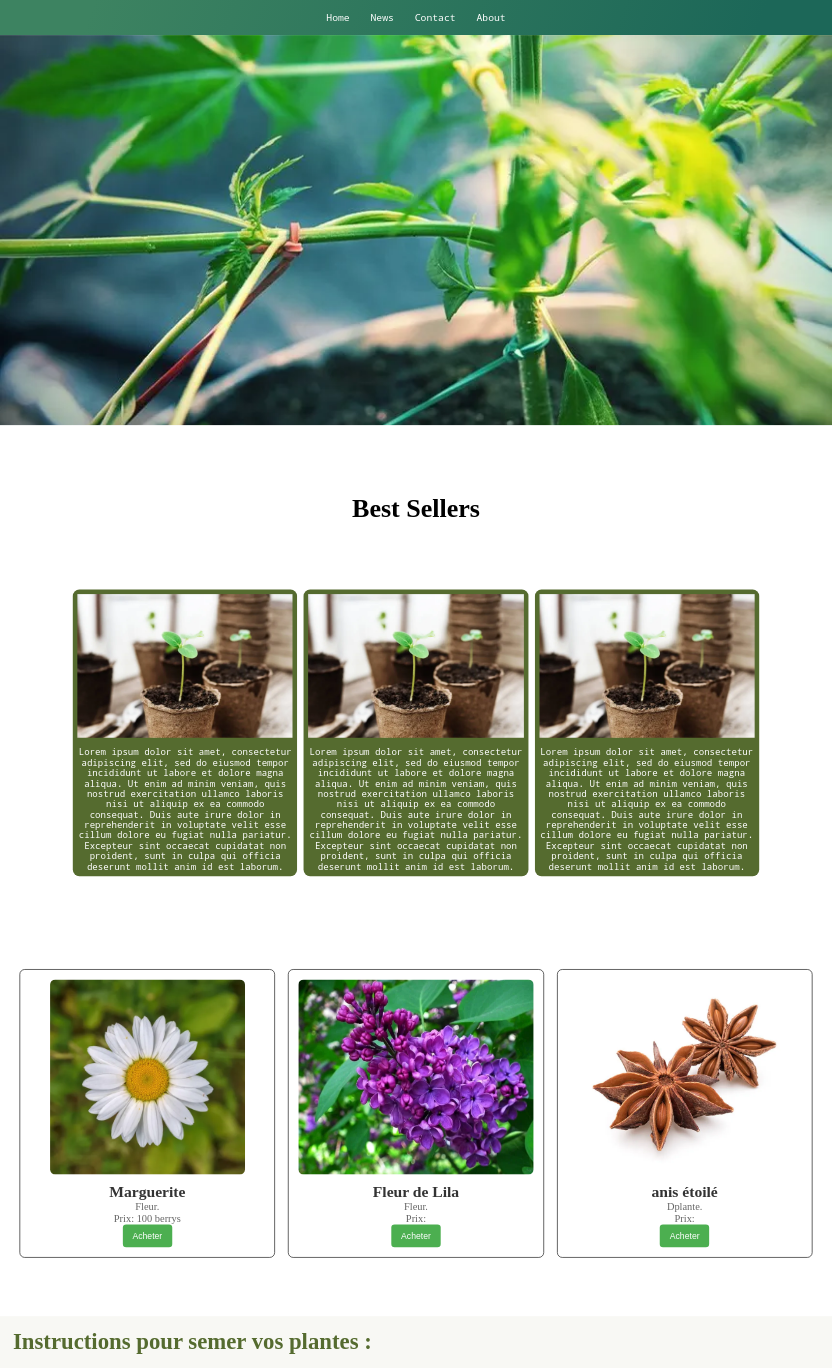
Repository: Flexo874/ISITECH-HTML-CSS
Page: index.html
An editor plug-in stored every save of this project. The page is shown before and after the next save, followed by the edit.
The browser window is 1280 px wide. The pictures show the whole page, at 65% of full size.

Above is the page before, as saved 2024-01-03 09:41:40.

### index.html
<!DOCTYPE html>
<html>
<head>
    <title>Plantes & Co</title>
     <link rel="stylesheet" type="text/css" href="./style.css">
     <link rel="stylesheet" type="text/css" href="./instructions.css">

</head>
<body>
    <ul>
        <li><a href="#home">Home</a></li>
        <li><a href="#news">News</a></li>
        <li><a href="#contact">Contact</a></li>
        <li><a href="#about">About</a></li>
    </ul>


    <div class="plant-img">
        <img src="images/Step-8-If-You-Want-You-Can-Train-Your-Cannabis-Plants-To-Increase-Yield.webp">
    </div>

    <h1 > Best Sellers</h1>



    <div class="container">

            <div class="item">
                <a>
                <img src="images/semis-prêt-à-être-planté-dans-le-jardin.webp" alt="Logo">
                <p>Lorem ipsum dolor sit amet, consectetur adipiscing elit, sed do eiusmod tempor incididunt ut labore et dolore magna aliqua. Ut enim ad minim veniam, quis nostrud exercitation ullamco laboris nisi ut aliquip ex ea commodo consequat. Duis aute irure dolor in reprehenderit in voluptate velit esse cillum dolore eu fugiat nulla pariatur. Excepteur sint occaecat cupidatat non proident, sunt in culpa qui officia deserunt mollit anim id est laborum.</p>
                </a>
            </div>
            <div class="item">
                <a>
                <img src="images/semis-prêt-à-être-planté-dans-le-jardin.webp" alt="Logo">
                <p>Lorem ipsum dolor sit amet, consectetur adipiscing elit, sed do eiusmod tempor incididunt ut labore et dolore magna aliqua. Ut enim ad minim veniam, quis nostrud exercitation ullamco laboris nisi ut aliquip ex ea commodo consequat. Duis aute irure dolor in reprehenderit in voluptate velit esse cillum dolore eu fugiat nulla pariatur. Excepteur sint occaecat cupidatat non proident, sunt in culpa qui officia deserunt mollit anim id est laborum.</p>
                </a>
            </div>
            <div class="item">
                <a>
                <img src="images/semis-prêt-à-être-planté-dans-le-jardin.webp" alt="Logo">
                <p>Lorem ipsum dolor sit amet, consectetur adipiscing elit, sed do eiusmod tempor incididunt ut labore et dolore magna aliqua. Ut enim ad minim veniam, quis nostrud exercitation ullamco laboris nisi ut aliquip ex ea commodo consequat. Duis aute irure dolor in reprehenderit in voluptate velit esse cillum dolore eu fugiat nulla pariatur. Excepteur sint occaecat cupidatat non proident, sunt in culpa qui officia deserunt mollit anim id est laborum.</p>
                </a>
            </div>
    </div>

    <section class="produits">
        <!-- Produit 1 -->
        <div class="produit">
            <img src="images/Leucanthemum_vulgare.webp" alt="Produit 1">
            <h3>Marguerite</h3>
            <p>Fleur.</p>
            <p>Prix: 100 berrys</p>
            <button>Acheter</button>
        </div>
        <div class="produit">
            <img src="images/1676375528_249_Belle-signification-et-symbolisme-de-la-couleur-de-la-fleur.webp" alt="Produit 1">
            <h3>Fleur de Lila</h3>
            <p>Fleur.</p>
            <p>Prix: </p>
            <button>Acheter</button>
        </div>
        <div class="produit">
            <img src="images/anis-étoilé-spice-de-fruits-et-de-graines-isolé-sur-fond-blanc.webp" alt="Produit 1">
            <h3>anis étoilé</h3>
            <p>Dplante.</p>
            <p>Prix: </p>
            <button>Acheter</button>
        </div>

    </section>


    <section class="instructions">
        <div class="titre">
            <h2>Instructions pour semer vos plantes :</h2>
        </div>
        <div class="description">
            <p></p>
        </div>
        <div class="categories">

        </div>

    </section>





</body>
</html>

### style.css
* {
  margin: 0;
  padding: 0;
}
ul {
  list-style-type: none;
  margin: 0;
  padding: 0;
  overflow: hidden;
  background-image: linear-gradient(
    109.6deg,
    rgba(61, 131, 97, 1) 11.2%,
    rgba(28, 103, 88, 1) 91.1%
  );
  display: flex;
  list-style: none;
  box-sizing: border-box;
  justify-content: center;
}

li {
  position: relative;
}

li a {
  display: block;
  color: white;
  text-align: center;
  padding: 18px 16px;
  text-decoration: none;
  font-size: 15px;
  transition: 0.4s ease-in-out;
  position: center;
  font-family: "Noto Mono", monospace;
}

li a:hover {
  background-color: #111;
  border-radius: 5px;
}

.plant-img img {
  width: 100%;
  height: 600px;
  object-fit: cover;
  overflow: hidden;
}

h1 {
  padding: 40px;
  padding-bottom: 0;
  margin-bottom: 0;
  margin-top: 60px;
  text-align: center;
  font-weight: bold;
  font-size: 40px;
}

.container {
  display: flex;
  grid-template-columns: repeat(3, 1fr);
  grid-auto-rows: minmax(300px, auto);
  gap: 10px;
  padding: 10px;
  margin-top: 0;
  margin: 8%;
  padding-top: 0;
}

.item {
  align-items: center;
  justify-content: center;
  border-radius: 10px;
  display: flex;
  justify-content: center;
  align-items: center;
  background-color: #556b2f;
}

.item a {
  margin: 7px;
}

.item a:hover {
  color: white;
}

.item img {
  max-width: 100%;
  height: auto;
}

.item p {
  margin-top: 10px;
  text-align: center;
  color: white;
  font-family: "Noto Mono", monospace;
  font-size: 14px;
}

.produits {
  display: flex;
  flex-wrap: wrap;
  justify-content: space-around;
  padding: 20px;
}

.produit {
  background-color: #fff;
  border: 1px solid #ddd;
  border-radius: 8px;
  border-color: #111;
  margin: 10px;
  padding: 15px;
  text-align: center;
  transition: transform 0.3s ease-in-out;
  width: calc(33.33% - 20px);
  box-sizing: border-box;


}

.produit:hover {
  transform: scale(1.05);
}

.produit img {
  max-width: 100%;
  height: 300px;
  border-radius: 8px;
}

.produit h3 {
  margin-top: 10px;
  font-size: 1.5em;
  color: #333;
}

.produit p {
  color: #666;
}

.produit button {
  background-color: #4caf50;
  color: #fff;
  padding: 10px 15px;
  border: none;
  border-radius: 5px;
  cursor: pointer;
}

.produit button:hover {
  background-color: #45a049;
}

### instructions.css
.instructions{
    display: flex;
    padding: 20px ;
    margin-top: 60px;
    background-color:#F8F8F4;
}
 .titre h2{
    font-size: 35px;
    color:#556B2F;
    text-align: center;
}

After the next save:
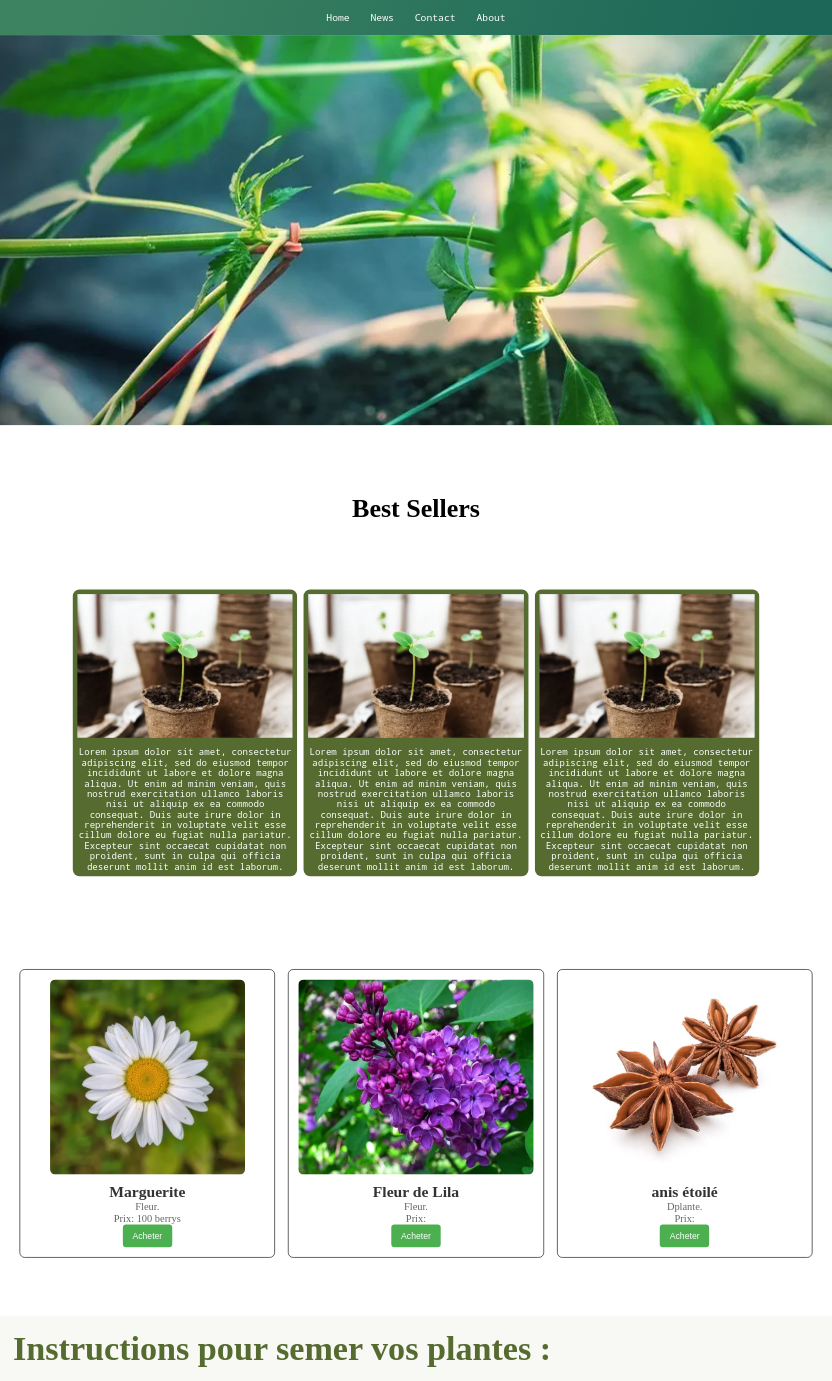
Saved 16 s later.
--- a/instructions.css
+++ b/instructions.css
@@ -4,7 +4,7 @@
     margin-top: 60px;
     background-color:#F8F8F4;
 }
- .titre h2{
+ .titre {
     font-size: 35px;
     color:#556B2F;
     text-align: center;
